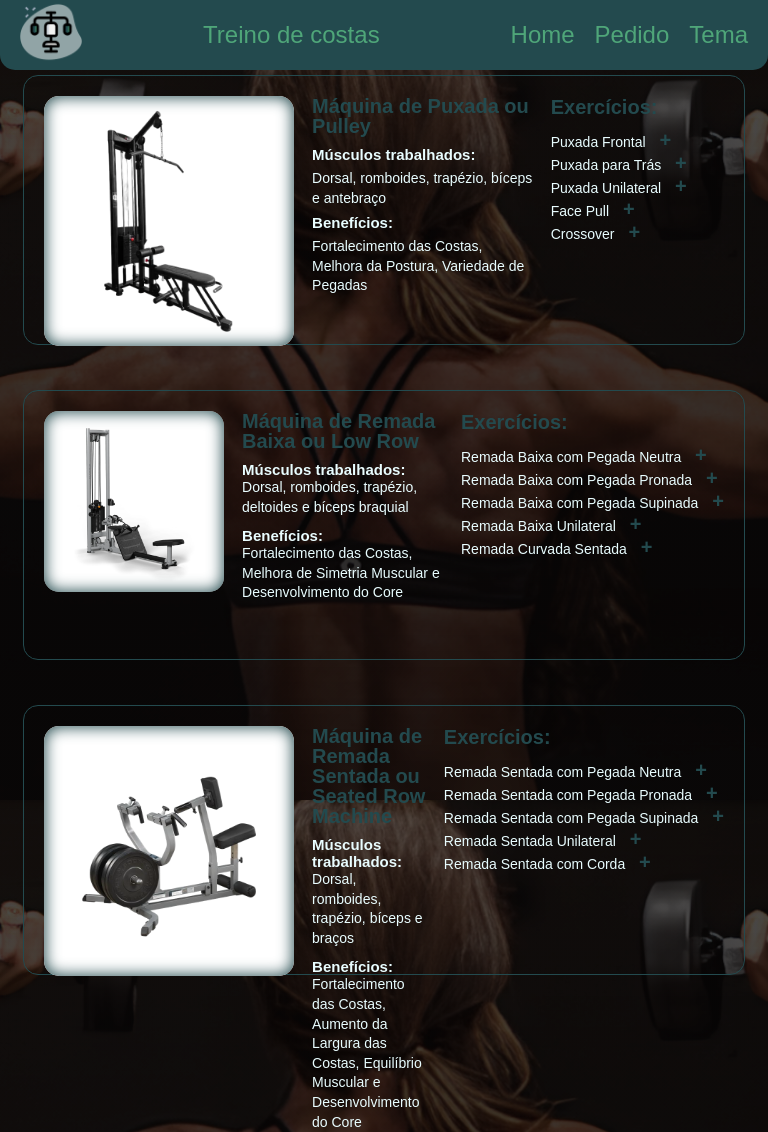
Repository: Marinalr-25/Projeto-Aparelhos-de-Academia
Page: costas.html
An editor plug-in stored every save of this project. The page is shown before and after the next save, followed by the edit.
The browser window is 768 px wide. The pictures show the whole page.
Backgrounds fixed to the window are drawn as part of the page.

Above is the page before, as saved 2025-01-06 17:40:02.
Console error: TypeError: Cannot read properties of null (reading 'addEventListener')

After the next save:
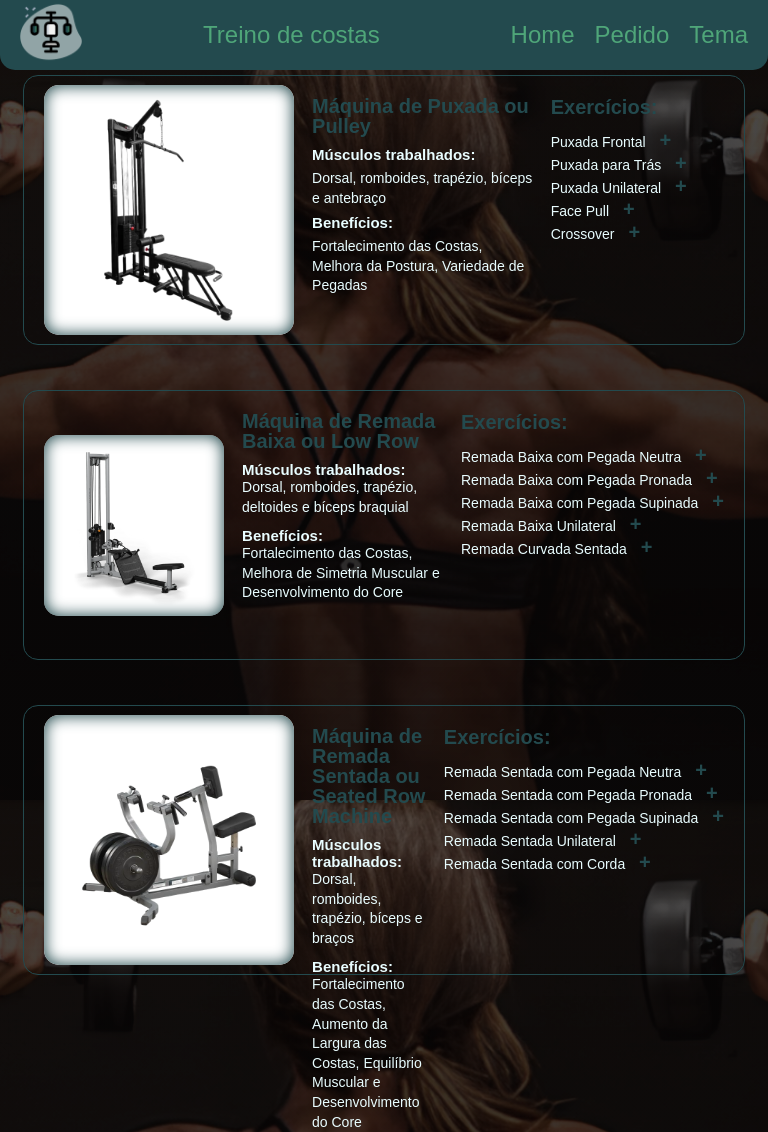
Saved 88 s later.
--- a/css/media-990.css
+++ b/css/media-990.css
@@ -10,9 +10,7 @@
           gap: 1.8rem;
 
           & .img-maquinas {
-            &:nth-child(1) {
-              align-items: center;
-            }
+            align-self: center;
             & img {
               width: 18rem;
               height: 18rem;
